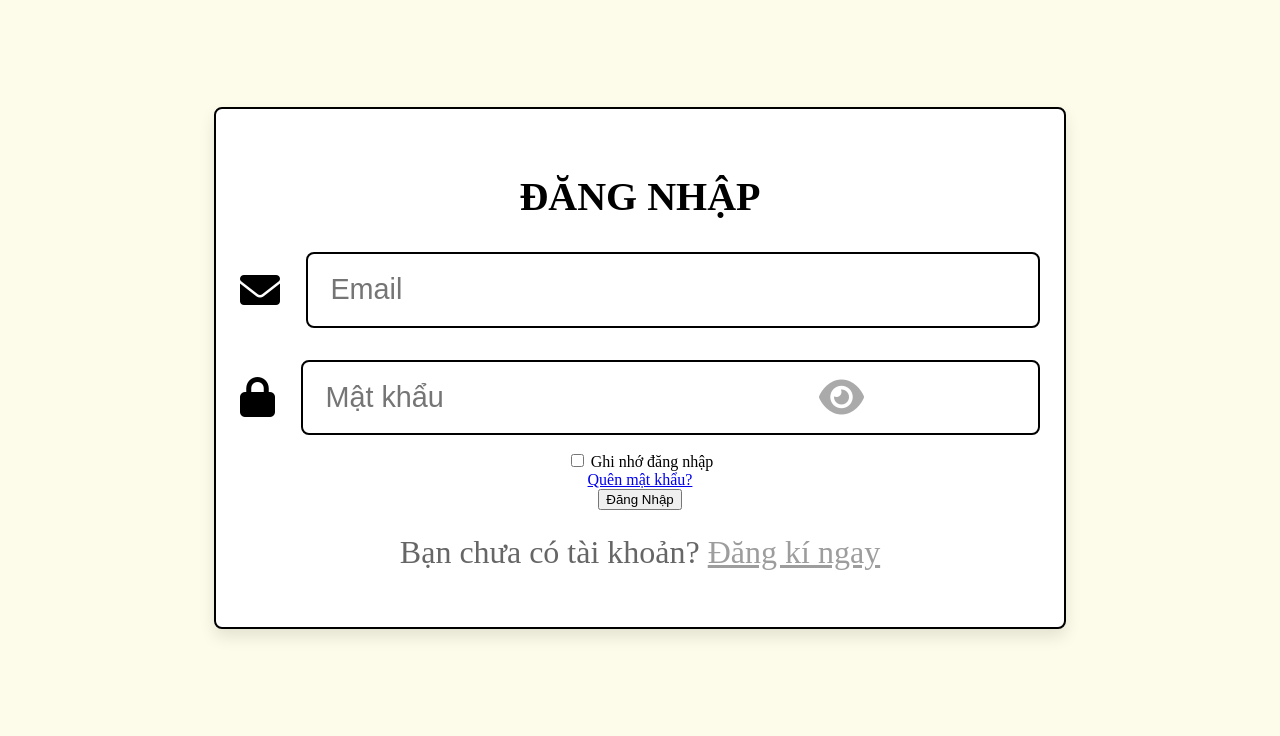
Repository: Dien973/expense_manager
Page: http://localhost/expense_manager/user_page/login.php
These files come from the project's save history. The page is drawn as it stood at one moment and after the next save; the edit follows.
The browser window is 1280 px wide. The pictures show the whole page.
The page is run by PHP 8.4 with error messages shown; the project is at /var/www/html/. user_page/conn.php is not in the repository; a stand-in opens the database connection. Other server files are loaded and not shown.

Above is the page before, as saved 2025-12-05 14:10:35.

### user_page/login.php
<?php

@include 'conn.php';

session_start();

if(isset($_POST['submit'])){

   $filter_email = filter_var($_POST['email'], FILTER_SANITIZE_STRING);
   $email = mysqli_real_escape_string($conn, $filter_email);
   $filter_pass = filter_var($_POST['pass'], FILTER_SANITIZE_STRING);
   $pass = mysqli_real_escape_string($conn, $filter_pass);

   $select_users = mysqli_query($conn, "SELECT * FROM `users` WHERE email = '$email' AND upassword = '$pass'") or die('Thất bại');


   if(mysqli_num_rows($select_users) > 0){

      $row = mysqli_fetch_assoc($select_users);

      if($row['urole'] == 'admin'){

         $_SESSION['admin_name'] = $row['uname'];
         $_SESSION['admin_email'] = $row['email'];
         $_SESSION['admin_id'] = $row['uid'];
         header('location:admin_page.php');

      }elseif($row['urole'] == 'user'){

         $_SESSION['user_name'] = $row['uname'];
         $_SESSION['user_email'] = $row['email'];
         $_SESSION['user_id'] = $row['uid'];
         header('location:home.php');

      }else{
         $message[] = 'Không tìm thấy người dùng!';
      }

   }else{
      $message[] = 'Sai email hoặc mật khẩu!';
   }

}

?>

<!DOCTYPE html>
<html lang="en">
<head>
   <meta charset="UTF-8">
   <meta http-equiv="X-UA-Compatible" content="IE=edge">
   <meta name="viewport" content="width=device-width, initial-scale=1.0">
   <title>Đăng nhập</title>

   <!-- font awesome cdn link  -->
   <link rel="stylesheet" href="https://cdnjs.cloudflare.com/ajax/libs/font-awesome/6.0.0/css/all.min.css">

   <!-- custom css file link  -->
   <link rel="stylesheet" href="../css/main.css">

</head>
<body>

<?php
if(isset($message)){
   foreach($message as $message){
      echo '
      <div class="message">
         <span>'.$message.'</span>
         <i class="fas fa-times" onclick="this.parentElement.remove();"></i>
      </div>
      ';
   }
}
?>

<section class="form-container">

   <form action="" method="post">
      <h3>Đăng Nhập</h3>

      <div class="input-boxes">
         <div class="inpt">
            <i class="fas fa-envelope"></i>
            <input type="email" name="email" class="box" placeholder="Email" required>
         </div>
         <div class="inpt">
            <i class="fas fa-lock"></i>
            <input type="password" name="pass" class="box" placeholder="Mật khẩu" required>
            <i class="fa-solid fa-eye" id="eye"></i>
         </div>
         <div>
            <input id="remember-login" type="checkbox" name="remember">
            <label for="remember-login">Ghi nhớ đăng nhập</label>
         </div>
         <div class="forgot-password" class="text"><a href="#">Quên mật khẩu?</a></div>
         <input type="submit" class="btn" name="submit" value="Đăng Nhập">
         <p>Bạn chưa có tài khoản? <a href="signup.php">Đăng kí ngay</a></p>
      </div>
   </form>
</section>

</body>
</html>

### css/main.css
body {
  background-color: rgb(253, 252, 234);
}
/*----------FORM ĐĂNG NHẬP------------*/
.form-container {
  display: flex;
  align-items: center;
  justify-content: center;
  min-height: 100vh;
}

.form-container form {
  padding: 1.5rem;
  border-radius: 0.5rem;
  border: #000 solid 2px;
  background-color: #ffffff;
  box-shadow: 0 0.5rem 1rem rgba(0, 0, 0, 0.1);
  width: 50rem;
  text-align: center;
}

.form-container form h3 {
  font-size: 2.5rem;
  text-transform: uppercase;
  color: #000;
  margin-bottom: 1rem;
}

.form-container form .inpt {
  display: flex;
  align-items: center; /* Căn chỉnh theo chiều dọc */
  gap: 10px; /* Tạo khoảng cách giữa icon và input */
}
.form-container form .box {
  width: 100%;
  padding: 1.2rem 1.4rem;
  font-size: 1.8rem;
  color: #000;
  border: #000 solid 2px;
  background-color: #fff;
  margin: 1rem 0;
  border-radius: 0.5rem;
  position: relative;
}

#eye {
  position: absolute;
  right: 400px;
  cursor: pointer;
  /* Tùy chọn: đổi màu cho dễ nhìn */
  color: #aaa;
}

.form-container form i {
  color: #000;
  font-size: 2.5rem;
  margin-right: 1rem;
}

.form-container form p {
  margin-top: 1.5rem;
  font-size: 2rem;
  color: #666;
}

.form-container form p a {
  color: #9e9d9d;
}

.form-container form p a:hover {
  text-decoration: underline;
}

After the next save:
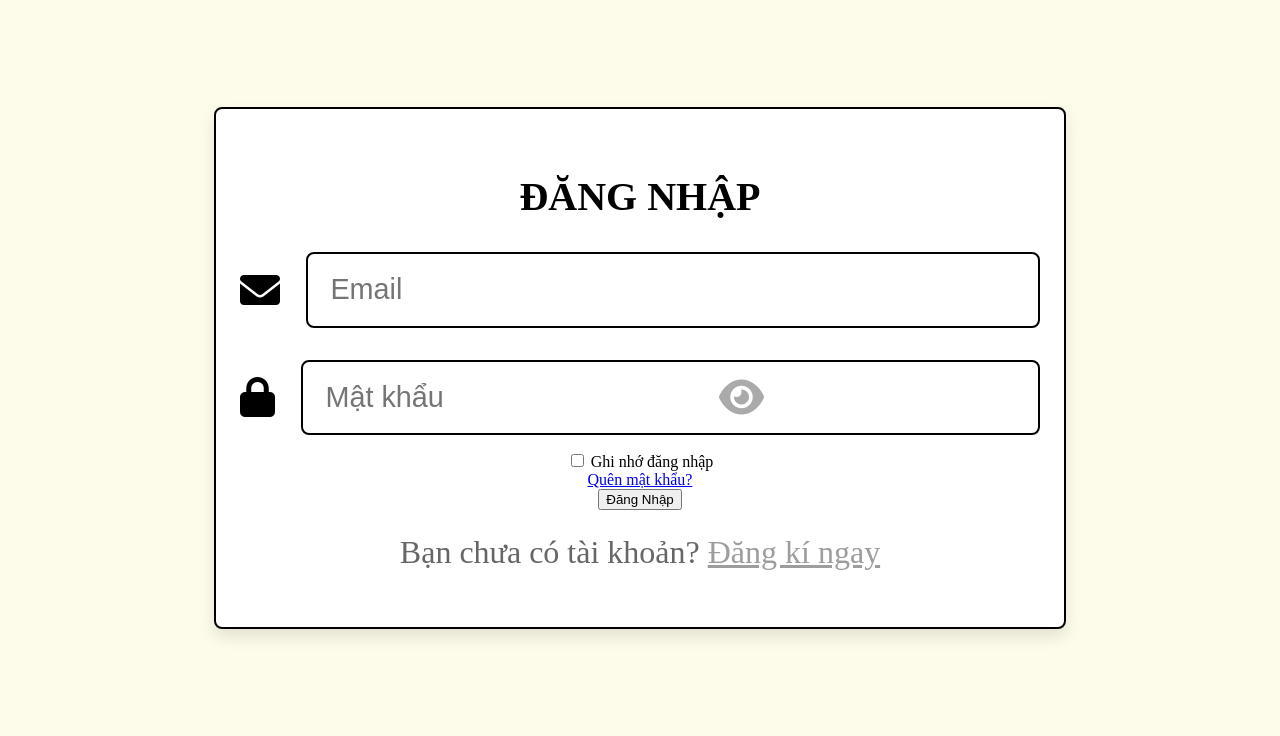
Saved 9 s later.
--- a/css/main.css
+++ b/css/main.css
@@ -45,7 +45,7 @@ body {
 
 #eye {
   position: absolute;
-  right: 400px;
+  right: 500px;
   cursor: pointer;
   /* Tùy chọn: đổi màu cho dễ nhìn */
   color: #aaa;
